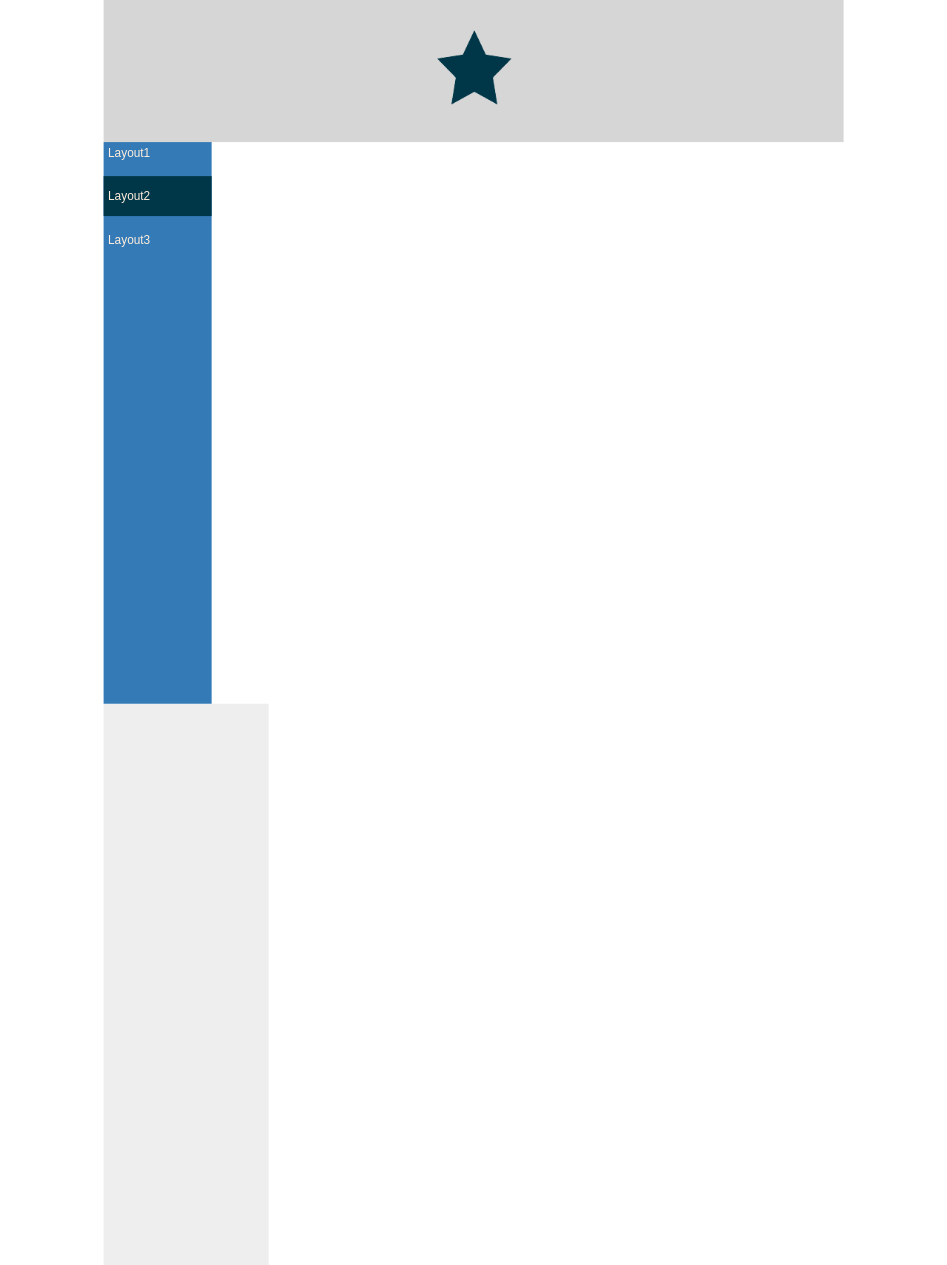
Repository: baliayassin/MyGame
Page: Documents/Aptana Studio 3 Workspace/homeWork2/layOut2.html
The author's editor kept a copy of each file at every save. The page is drawn from the files as they stood at one save, then again after the next save.
The browser window is 1280 px wide. The pictures show the whole page, at 74% of full size.

Above is the page before, as saved 2017-11-29 12:38:16.

After the next save:
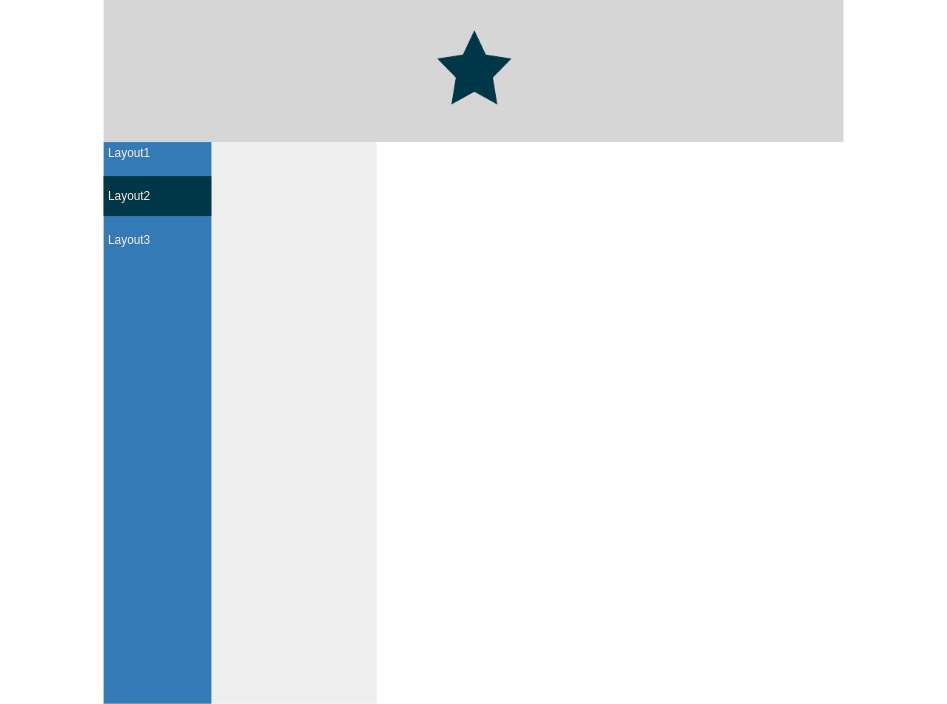
Saved 56 s later.
--- a/Documents/Aptana Studio 3 Workspace/homeWork2/includes/style.css
+++ b/Documents/Aptana Studio 3 Workspace/homeWork2/includes/style.css
@@ -188,7 +188,7 @@ main, nav, aside, footer, section, article, header {
 	width:146px;
 	height: 759px;
 	background: #337AB7;
-
+    float:left;
     display: inline-block;
 }
 
@@ -224,6 +224,7 @@ main, nav, aside, footer, section, article, header {
 
 #wrapper2 aside{
 
+	float:left;
 	background-color: #eeeeee;
 	width: 223px;
 	height: 759px;
